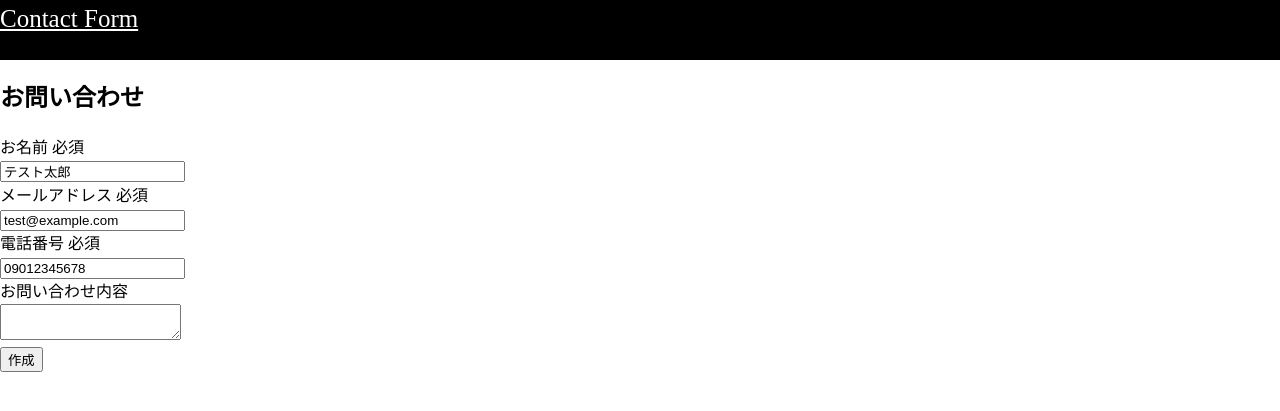
Repository: mayu-ya/my-contact-form
Page: http://localhost/
These files come from the project's save history. The page is drawn as it stood at one moment and after the next save; the edit follows.
The browser window is 1280 px wide. The pictures show the whole page.
The page is served by the project's Laravel application, run on PHP 8.4 with Laravel 8. Other server files are loaded and not shown.

Above is the page before, as saved 2025-12-31 22:45:11.

### src/routes/web.php
<?php

use Illuminate\Support\Facades\Route;
use App\Http\Controllers\ContactController;

/*
|--------------------------------------------------------------------------
| Web Routes
|--------------------------------------------------------------------------
|
| Here is where you can register web routes for your application. These
| routes are loaded by the RouteServiceProvider within a group which
| contains the "web" middleware group. Now create something great!
|
*/

Route::get('/', [ContactController::class,'index']);

### src/app/Http/Controllers/ContactController.php
<?php

namespace App\Http\Controllers;

use Illuminate\Http\Request;

class ContactController extends Controller
{
    public function index()
    {
        return view('index');
    }
}

### src/resources/views/index.blade.php
@extends('layouts.app')

@section('css')
<link rel="stylesheet" href="{{ asset('css/index.css') }}">
@endsection

@section('content')
<div class="content">
    <div class="form-title">
        <h2 class="form-title-con">お問い合わせ</h2>
    </div>

    <form class="form">
        <div class="form-content">
            <div class="form-content-name">
                <span class="form-content-name_na">お名前</span>
                <span class="form-content-name_re">必須</span>
            </div>
            <div class="form-name_create">
                <input type="text" name="name" value="テスト太郎">
            </div>
        </div>
        <div class="form-content">
            <div class="form-content-email">
                <span class="form-content-email_em">メールアドレス</span>
                <span class="form-content-email_re">必須</span>
            </div>
            <div class="form-email_create">
                <input type="text" name="email" value="test@example.com">
            </div>
        </div>
        <div class="form-content">
            <div class="form-content-tel">
                <span class="form-content-tel_te">電話番号</span>
                <span class="form-content-tel_re">必須</span>
            </div>
            <div class="form-tel_create">
                <input type="text" name="tel" value="09012345678">
            </div>
        </div>
        <div class="form-content">
            <div class="form-content-text">
                <span class="content-text_co">お問い合わせ内容</span>
            </div>
            <div class="form-text_create">
                <textarea name="text" value="資料をいただきたいです"></textarea>
            </div>

        </div>

        <div class="form-button">
            <button class="form-button_create">作成</button>
        </div>
    </form>
</div>
@endsection

### src/resources/views/layouts/app.blade.php
<!DOCTYPE html>
<html lang="ja">
<head>
    <meta charset="UTF-8">
    <meta name="viewport" content="width=device-width, initial-scale=1.0">
    <title>Contact Form</title>
    <link rel="stylesheet" href="{{ asset('css/sanitize.css') }}">
    <link rel="stylesheet" href="{{ asset('css/common.css') }}">
    @yield('css')
</head>
<body>
    <header class="header">
        <div class="header-title">
            <a href="/" class="header-logo">Contact Form</a>
        </div>
    </header>

    <main>
        @yield('content')
    </main>
</body>
</html>

### src/public/css/sanitize.css
/* Document
* ========================================================================== */

/**
* Add border box sizing in all browsers (opinionated).
*/

*,
::before,
::after {
  box-sizing: border-box;
}

/**
* 1. Add text decoration inheritance in all browsers (opinionated).
* 2. Add vertical alignment inheritance in all browsers (opinionated).
*/

::before,
::after {
  vertical-align: inherit;
  /* 2 */
  text-decoration: inherit;
  /* 1 */
}

/**
* 1. Use the default cursor in all browsers (opinionated).
* 2. Change the line height in all browsers (opinionated).
* 3. Use a 4-space tab width in all browsers (opinionated).
* 4. Remove the grey highlight on links in iOS (opinionated).
* 5. Prevent adjustments of font size after orientation changes in
*    IE on Windows Phone and in iOS.
* 6. Breaks words to prevent overflow in all browsers (opinionated).
*/

html {
  word-break: break-word;
  /* 6 */
  -moz-tab-size: 4;
  /* 3 */
  tab-size: 4;
  /* 3 */
  line-height: 1.5;
  /* 2 */
  cursor: default;
  /* 1 */

  -webkit-tap-highlight-color: transparent
    /* 4 */
  ;
  -ms-text-size-adjust: 100%;
  /* 5 */
  -webkit-text-size-adjust: 100%;
  /* 5 */
}

/* Sections
* ========================================================================== */

/**
* Remove the margin in all browsers (opinionated).
*/

body {
  margin: 0;
}

/**
* Correct the font size and margin on `h1` elements within `section` and
* `article` contexts in Chrome, Edge, Firefox, and Safari.
*/

h1 {
  margin: 0.67em 0;
  font-size: 2em;
}

/* Grouping content
* ========================================================================== */

/**
* Remove the margin on nested lists in Chrome, Edge, IE, and Safari.
*/

dl dl,
dl ol,
dl ul,
ol dl,
ul dl {
  margin: 0;
}

/**
* Remove the margin on nested lists in Edge 18- and IE.
*/

ol ol,
ol ul,
ul ol,
ul ul {
  margin: 0;
}

/**
* 1. Add the correct sizing in Firefox.
* 2. Show the overflow in Edge 18- and IE.
*/

hr {
  overflow: visible;
  /* 2 */
  height: 0;
  /* 1 */
}

/**
* Add the correct display in IE.
*/

main {
  display: block;
}

/**
* Remove the list style on navigation lists in all browsers (opinionated).
*/

nav ol,
nav ul {
  padding: 0;
  list-style: none;
}

/**
* 1. Correct the inheritance and scaling of font size in all browsers.
* 2. Correct the odd `em` font sizing in all browsers.
*/

pre {
  font-size: 1em;
  /* 2 */
  font-family: monospace, monospace;
  /* 1 */
}

/* Text-level semantics
* ========================================================================== */

/**
* Remove the gray background on active links in IE 10.
*/

a {
  background-color: transparent;
}

/**
* Add the correct text decoration in Edge 18-, IE, and Safari.
*/

abbr[title] {
  text-decoration: underline;
  text-decoration: underline dotted;
}

/**
* Add the correct font weight in Chrome, Edge, and Safari.
*/

b,
strong {
  font-weight: bolder;
}

/**
* 1. Correct the inheritance and scaling of font size in all browsers.
* 2. Correct the odd `em` font sizing in all browsers.
*/

code,
kbd,
samp {
  font-size: 1em;
  /* 2 */
  font-family: monospace, monospace;
  /* 1 */
}

/**
* Add the correct font size in all browsers.
*/

small {
  font-size: 80%;
}

/* Embedded content
* ========================================================================== */

/*
* Change the alignment on media elements in all browsers (opinionated).
*/

audio,
canvas,
iframe,
img,
svg,
video {
  vertical-align: middle;
}

/**
* Add the correct display in IE 9-.
*/

audio,
video {
  display: inline-block;
}

/**
* Add the correct display in iOS 4-7.
*/

audio:not([controls]) {
  display: none;
  height: 0;
}

/**
* Remove the border on iframes in all browsers (opinionated).
*/

iframe {
  border-style: none;
}

/**
* Remove the border on images within links in IE 10-.
*/

img {
  border-style: none;
}

/**
* Change the fill color to match the text color in all browsers (opinionated).
*/

svg:not([fill]) {
  fill: currentColor;
}

/**
* Hide the overflow in IE.
*/

svg:not(:root) {
  overflow: hidden;
}

/* Tabular data
* ========================================================================== */

/**
* Collapse border spacing in all browsers (opinionated).
*/

table {
  border-collapse: collapse;
}

/* Forms
* ========================================================================== */

/**
* Remove the margin on controls in Safari.
*/

button,
input,
select {
  margin: 0;
}

/**
* 1. Show the overflow in IE.
* 2. Remove the inheritance of text transform in Edge 18-, Firefox, and IE.
*/

button {
  overflow: visible;
  /* 1 */
  text-transform: none;
  /* 2 */
}

/**
* Correct the inability to style buttons in iOS and Safari.
*/

button,
[type="button"],
[type="reset"],
[type="submit"] {
  -webkit-appearance: button;
}

/**
* 1. Change the inconsistent appearance in all browsers (opinionated).
* 2. Correct the padding in Firefox.
*/

fieldset {
  padding: 0.35em 0.75em 0.625em;
  /* 2 */
  border: 1px solid #a0a0a0;
  /* 1 */
}

/**
* Show the overflow in Edge 18- and IE.
*/

input {
  overflow: visible;
}

/**
* 1. Correct the text wrapping in Edge 18- and IE.
* 2. Correct the color inheritance from `fieldset` elements in IE.
*/

legend {
  display: table;
  /* 1 */
  max-width: 100%;
  /* 1 */
  color: inherit;
  /* 2 */
  white-space: normal;
  /* 1 */
}

/**
* 1. Add the correct display in Edge 18- and IE.
* 2. Add the correct vertical alignment in Chrome, Edge, and Firefox.
*/

progress {
  display: inline-block;
  /* 1 */
  vertical-align: baseline;
  /* 2 */
}

/**
* Remove the inheritance of text transform in Firefox.
*/

select {
  text-transform: none;
}

/**
* 1. Remove the margin in Firefox and Safari.
* 2. Remove the default vertical scrollbar in IE.
* 3. Change the resize direction in all browsers (opinionated).
*/

textarea {
  overflow: auto;
  /* 2 */
  margin: 0;
  /* 1 */
  resize: vertical;
  /* 3 */
}

/**
* Remove the padding in IE 10-.
*/

[type="checkbox"],
[type="radio"] {
  padding: 0;
}

/**
* 1. Correct the odd appearance in Chrome, Edge, and Safari.
* 2. Correct the outline style in Safari.
*/

[type="search"] {
  outline-offset: -2px;
  /* 2 */

  -webkit-appearance: textfield;
  /* 1 */
}

/**
* Correct the cursor style of increment and decrement buttons in Safari.
*/

::-webkit-inner-spin-button,
::-webkit-outer-spin-button {
  height: auto;
}

/**
* Correct the text style of placeholders in Chrome, Edge, and Safari.
*/

::-webkit-input-placeholder {
  color: inherit;
  opacity: 0.54;
}

/**
* Remove the inner padding in Chrome, Edge, and Safari on macOS.
*/

::-webkit-search-decoration {
  -webkit-appearance: none;
}

/**
* 1. Correct the inability to style upload buttons in iOS and Safari.
* 2. Change font properties to `inherit` in Safari.
*/

::-webkit-file-upload-button {
  font: inherit;
  /* 2 */

  -webkit-appearance: button;
  /* 1 */
}

/**
* Remove the inner border and padding of focus outlines in Firefox.
*/

::-moz-focus-inner {
  padding: 0;
  border-style: none;
}

/**
* Restore the focus outline styles unset by the previous rule in Firefox.
*/

:-moz-focusring {
  outline: 1px dotted ButtonText;
}

/**
* Remove the additional :invalid styles in Firefox.
*/

:-moz-ui-invalid {
  box-shadow: none;
}

/* Interactive
* ========================================================================== */

/*
* Add the correct display in Edge 18- and IE.
*/

details {
  display: block;
}

/*
* Add the correct styles in Edge 18-, IE, and Safari.
*/

dialog {
  position: absolute;
  right: 0;
  left: 0;
  display: block;
  margin: auto;
  padding: 1em;
  width: -moz-fit-content;
  width: -webkit-fit-content;
  width: fit-content;
  height: -moz-fit-content;
  height: -webkit-fit-content;
  height: fit-content;
  border: solid;
  background-color: white;
  color: black;
}

dialog:not([open]) {
  display: none;
}

/*
* Add the correct display in all browsers.
*/

summary {
  display: list-item;
}

/* Scripting
* ========================================================================== */

/**
* Add the correct display in IE 9-.
*/

canvas {
  display: inline-block;
}

/**
* Add the correct display in IE.
*/

template {
  display: none;
}

/* User interaction
* ========================================================================== */

/*
* 1. Remove the tapping delay in IE 10.
* 2. Remove the tapping delay on clickable elements
in all browsers (opinionated).
*/

a,
area,
button,
input,
label,
select,
summary,
textarea,
[tabindex] {
  -ms-touch-action: manipulation;
  /* 1 */
  touch-action: manipulation;
  /* 2 */
}

/**
* Add the correct display in IE 10-.
*/

[hidden] {
  display: none;
}

/* Accessibility
* ========================================================================== */

/**
* Change the cursor on busy elements in all browsers (opinionated).
*/

[aria-busy="true"] {
  cursor: progress;
}

/*
* Change the cursor on control elements in all browsers (opinionated).
*/

[aria-controls] {
  cursor: pointer;
}

/*
* Change the cursor on disabled, not-editable, or otherwise
* inoperable elements in all browsers (opinionated).
*/

[aria-disabled="true"],
[disabled] {
  cursor: not-allowed;
}

/*
* Change the display on visually hidden accessible elements
* in all browsers (opinionated).
*/

[aria-hidden="false"][hidden] {
  display: initial;
}

[aria-hidden="false"][hidden]:not(:focus) {
  position: absolute;
  clip: rect(0, 0, 0, 0);
}

### src/public/css/common.css
.header {
    background: black;
    height: 60px;
}

.header-logo{
    color: white;
    font-size: 25px;
    padding-top: 20px;
    border: none;
    cursor: pointer;
}

Loaded but not shown: src/app/Http/Controllers/Controller.php (common file); src/public/css/index.css (no stored copy; drawn as an empty file)

After the next save:
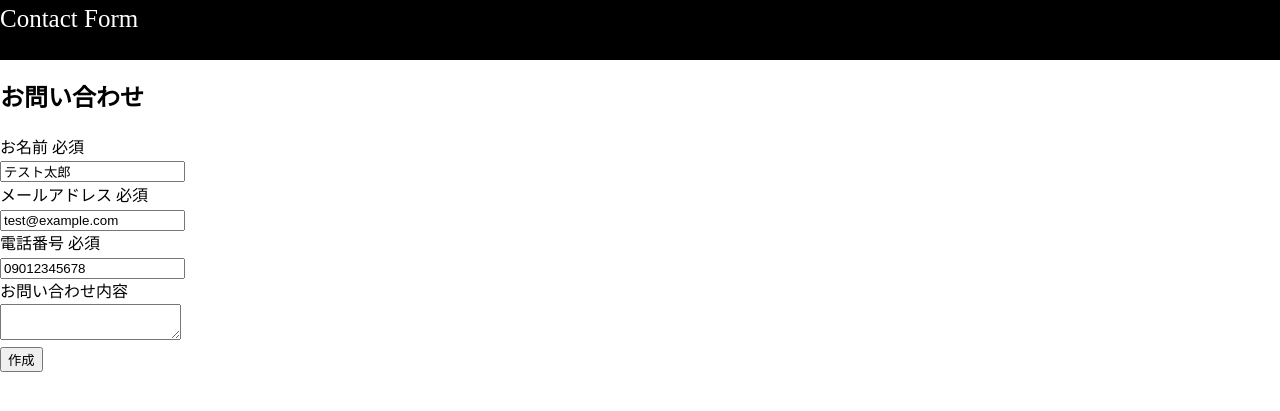
Saved 64 s later.
--- a/src/public/css/common.css
+++ b/src/public/css/common.css
@@ -7,6 +7,6 @@
     color: white;
     font-size: 25px;
     padding-top: 20px;
-    border: none;
+    text-decoration: none;
     cursor: pointer;
 }
